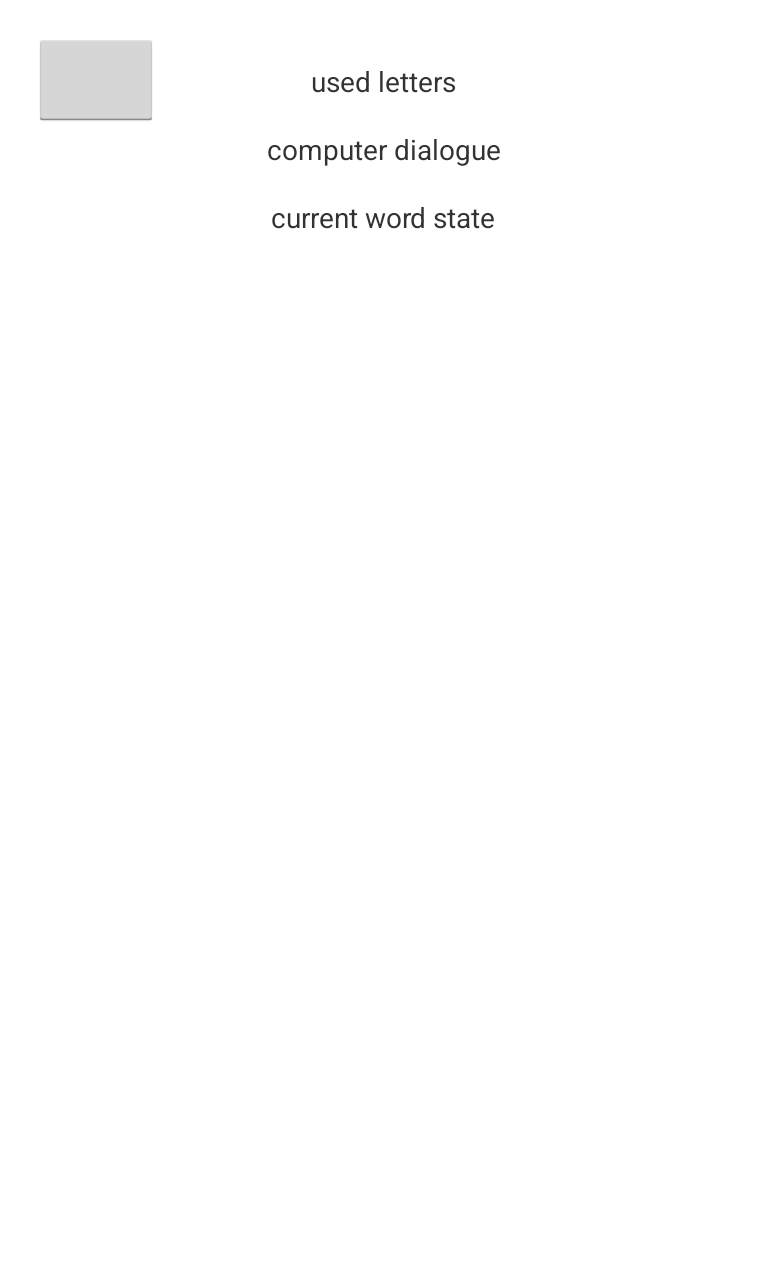
Repository: svandenhout/EvilSpaceMonsterHangman
Layout: evilSpaceMonsterHangman/res/layout/activity_main.xml
The author's editor kept a copy of each file at every save. The layout is drawn from the files as they stood at one save, then again after the next save.
It is drawn on a 768 x 1280 px phone screen (xhdpi) without system bars, with theme AppTheme; the app's code is not run.

Above is the layout before, as saved 2013-12-15 21:52:03.

After the next save:
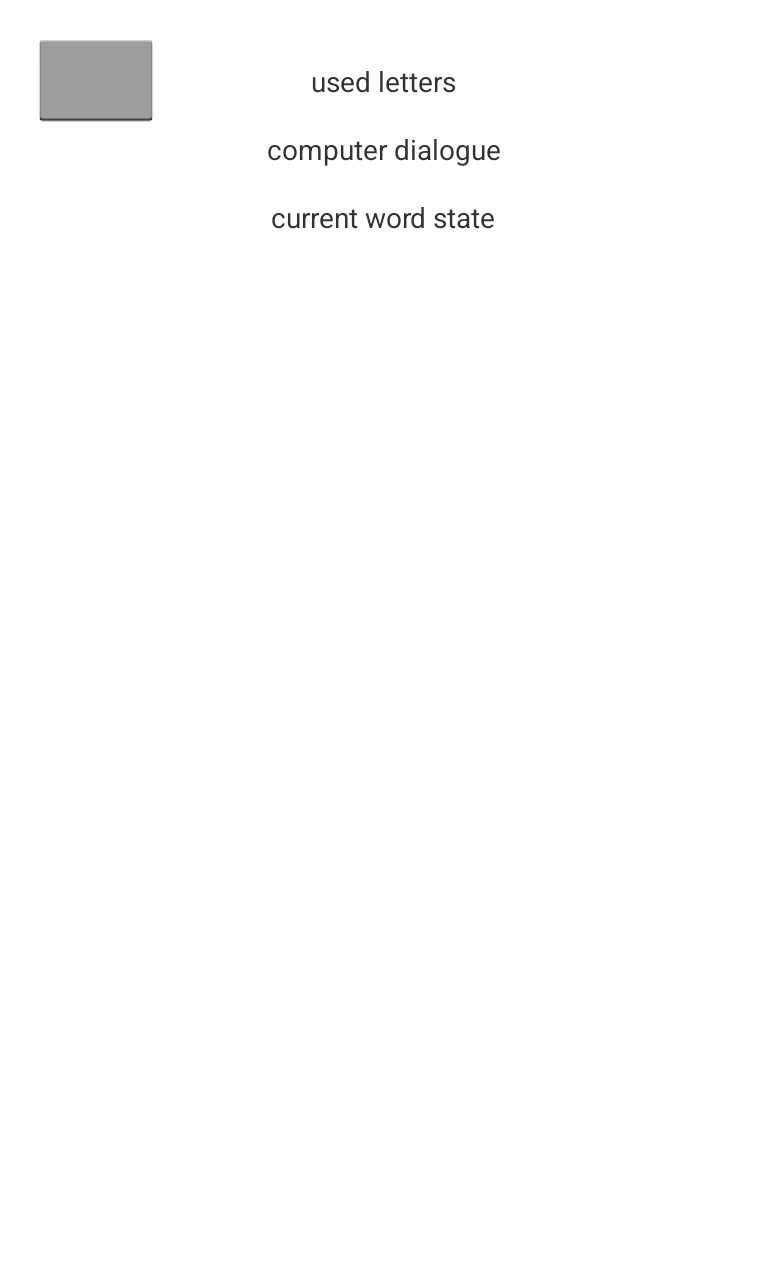
Saved 30 s later.
--- a/evilSpaceMonsterHangman/res/layout/activity_main.xml
+++ b/evilSpaceMonsterHangman/res/layout/activity_main.xml
@@ -40,4 +40,34 @@
 		    android:layout_width="wrap_content"
 		    android:layout_height="wrap_content"
 		    android:onClick="clickEyeOne" />
+
+    <Button
+            android:id="@+id/eye_2"
+            android:layout_width="wrap_content"
+            android:layout_height="wrap_content"
+            android:onClick="clickEyeOne" />
+
+    <Button
+            android:id="@+id/eye_3"
+            android:layout_width="wrap_content"
+            android:layout_height="wrap_content"
+            android:onClick="clickEyeOne" />
+
+    <Button
+            android:id="@+id/eye_4"
+            android:layout_width="wrap_content"
+            android:layout_height="wrap_content"
+            android:onClick="clickEyeOne" />
+
+    <Button
+            android:id="@+id/eye_5"
+            android:layout_width="wrap_content"
+            android:layout_height="wrap_content"
+            android:onClick="clickEyeOne" />
+
+    <Button
+            android:id="@+id/eye_6"
+            android:layout_width="wrap_content"
+            android:layout_height="wrap_content"
+            android:onClick="clickEyeOne" />
 </RelativeLayout>
